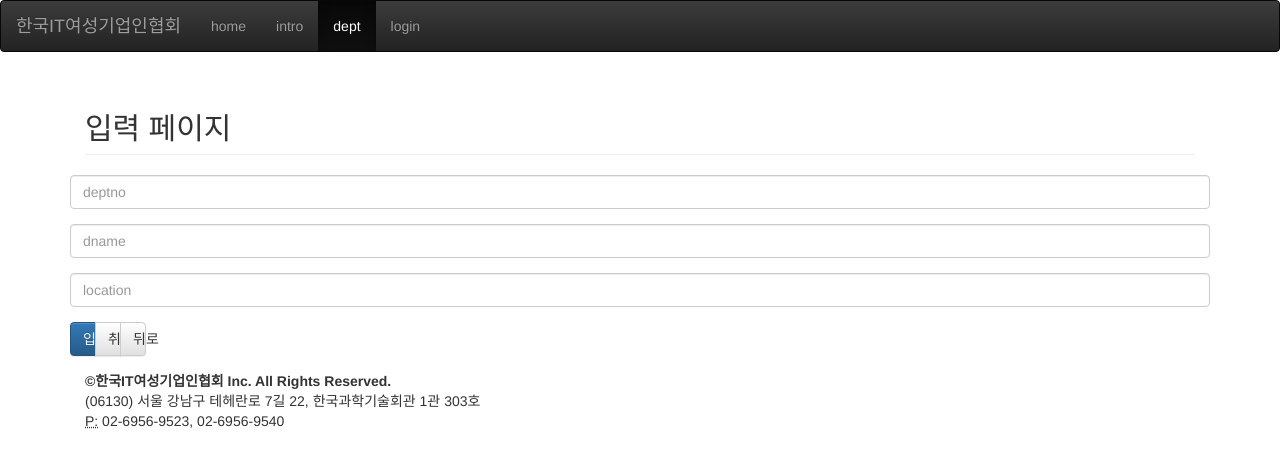
Repository: minho00123/sw-professional-training
Page: http://localhost/sts08/WEB-INF/views/dept/add.jsp
The author's editor kept a copy of each file at every save. The page is drawn from the files as they stood at one save, then again after the next save.
The browser window is 1280 px wide. The pictures show the whole page.
The page is served by Tomcat 9. Nobody is signed in. Other server files are loaded and not shown. The template is opened directly, without the code that normally fills it, so the values that code supplies are empty.

Above is the page before, as saved 2025-05-21 02:56:45.
Console error (its wording comes from the project's code and is left out).

### stsWorkspace/sts08/src/main/webapp/WEB-INF/views/dept/add.jsp
<%@ page language="java" contentType="text/html; charset=UTF-8"
	pageEncoding="UTF-8"%>
<!DOCTYPE html>
<html>
<head>
<meta charset="UTF-8">
<title>Insert title here</title>
<%@ include file="../layout/header.jspf"%>
</head>
<body>
	<%@ include file="../layout/menu.jspf"%>
	<h2 class="page-header">입력 페이지</h2>
	<form action="./" method="post" class="form-horizontal">
		<div class="form-group">
			<label class="sr-only">deptno</label><input name="deptno"
				class="form-control" placeholder="deptno" />
		</div>
		<div class="form-group">
			<label class="sr-only">dname</label><input name="dname"
				class="form-control" placeholder="dname" />
		</div>
		<div class="form-group">
			<label class="sr-only">location</label><input name="loc"
				class="form-control" placeholder="location" />
		</div>
		<div class="form-group">
			<div class="btn-group btn-group-justified" role="group">
				<button type="submit" class="btn btn-primary">입력</button>
				<button type="reset" class="btn btn-default">취소</button>
				<button type="button" class="btn btn-default" onclick="history.back();">뒤로</button>
			</div>
		</div>
	</form>
	<%@ include file="../layout/footer.jspf"%>
</body>
</html>

### stsWorkspace/sts08/src/main/webapp/WEB-INF/views/layout/header.jspf
<%@ page language="java" contentType="text/html; charset=UTF-8"
    pageEncoding="UTF-8"%>
<%@ taglib prefix="c" uri="http://java.sun.com/jsp/jstl/core"%>
<!-- Latest compiled and minified CSS -->
<link rel="stylesheet"
	href="https://cdn.jsdelivr.net/npm/bootstrap@3.4.1/dist/css/bootstrap.min.css"
	integrity="sha384-HSMxcRTRxnN+Bdg0JdbxYKrThecOKuH5zCYotlSAcp1+c8xmyTe9GYg1l9a69psu"
	crossorigin="anonymous">

<!-- Optional theme -->
<link rel="stylesheet"
	href="https://cdn.jsdelivr.net/npm/bootstrap@3.4.1/dist/css/bootstrap-theme.min.css"
	integrity="sha384-6pzBo3FDv/PJ8r2KRkGHifhEocL+1X2rVCTTkUfGk7/0pbek5mMa1upzvWbrUbOZ"
	crossorigin="anonymous">

<!-- Latest compiled and minified JavaScript -->
<script
	src="https://cdn.jsdelivr.net/npm/bootstrap@3.4.1/dist/js/bootstrap.min.js"
	integrity="sha384-aJ21OjlMXNL5UyIl/XNwTMqvzeRMZH2w8c5cRVpzpU8Y5bApTppSuUkhZXN0VxHd"
	crossorigin="anonymous"></script>

<!-- jQuery (necessary for Bootstrap's JavaScript plugins) -->
<script src="https://code.jquery.com/jquery-1.12.4.min.js"
	integrity="sha384-nvAa0+6Qg9clwYCGGPpDQLVpLNn0fRaROjHqs13t4Ggj3Ez50XnGQqc/r8MhnRDZ"
	crossorigin="anonymous"></script>

### stsWorkspace/sts08/src/main/webapp/WEB-INF/views/layout/menu.jspf
<%@ page language="java" contentType="text/html; charset=UTF-8"
	pageEncoding="UTF-8"%>
<nav class="navbar navbar-inverse">
	<div class="container-fluid">
		<div class="navbar-header">
			<a class="navbar-brand" href="${pageContext.request.contextPath }/">
				한국IT여성기업인협회 </a>
		</div>
		<div class="collapse navbar-collapse"
			id="bs-example-navbar-collapse-1">
			<ul class="nav navbar-nav">
				<%
					String url = request.getRequestURI().substring((request.getContextPath() + "/WEB-INF/views").length());
					if (url.equals("/index.jsp")) {
						pageContext.setAttribute("menu", "menu1");
					} else if (url.equals("/intro.jsp")) {
						pageContext.setAttribute("menu", "menu2");
					} else if (url.startsWith("/dept/")) {
						pageContext.setAttribute("menu", "menu3");
					} else if (url.startsWith("/login/")) {
						pageContext.setAttribute("menu", "menu4");
					}
				%>
				<li class="${menu eq 'menu1' ? 'active' : '' }"><a
					href="${pageContext.request.contextPath }/">home</a></li>
				<li class="${menu eq 'menu2' ? 'active' : '' }"><a
					href="${pageContext.request.contextPath }/intro">intro</a></li>
				<li class="${menu eq 'menu3' ? 'active' : '' }"><a
					href="${pageContext.request.contextPath }/dept/">dept</a></li>
				<li class="${menu eq 'menu4' ? 'active' : '' }"><a
					href="${pageContext.request.contextPath }/login/">login</a></li>
			</ul>
		</div>
	</div>
</nav>
<div class="container">
	<div class="col-md-12">
		<!-- begin -->

### stsWorkspace/sts08/src/main/webapp/WEB-INF/views/layout/footer.jspf
<%@ page language="java" contentType="text/html; charset=UTF-8"
    pageEncoding="UTF-8"%>
			<!-- end -->
		</div>
		<div class="col-md-12">
			<address>
				<strong>©한국IT여성기업인협회 Inc. All Rights Reserved.</strong><br>
				(06130) 서울 강남구 테헤란로 7길 22, 한국과학기술회관 1관 303호 <br> <abbr
					title="Phone">P:</abbr> 02-6956-9523, 02-6956-9540
			</address>
		</div>
	</div>

After the next save:
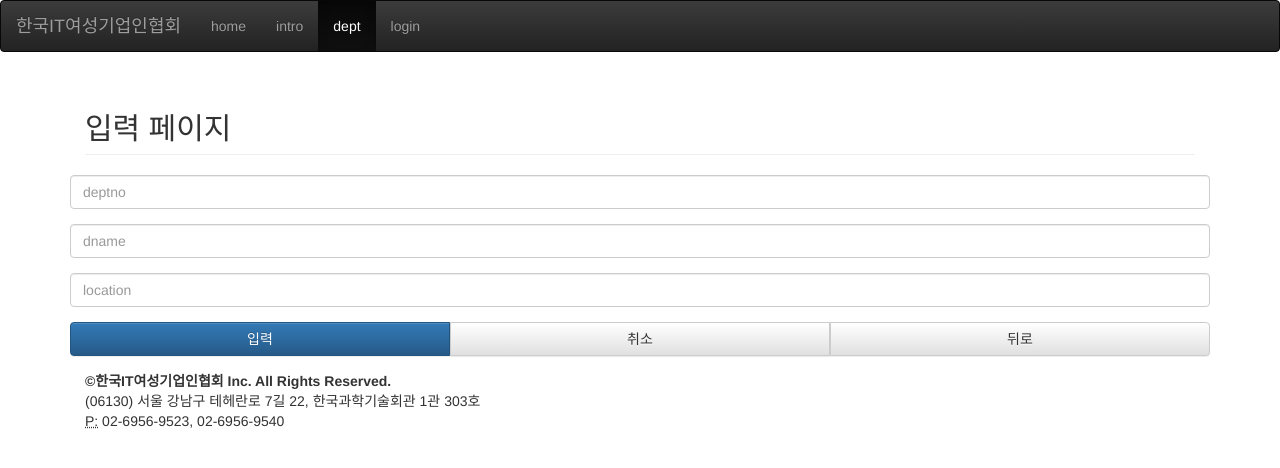
Saved 16 s later.
--- a/stsWorkspace/sts08/src/main/webapp/WEB-INF/views/dept/add.jsp
+++ b/stsWorkspace/sts08/src/main/webapp/WEB-INF/views/dept/add.jsp
@@ -25,9 +25,16 @@
 		</div>
 		<div class="form-group">
 			<div class="btn-group btn-group-justified" role="group">
-				<button type="submit" class="btn btn-primary">입력</button>
-				<button type="reset" class="btn btn-default">취소</button>
-				<button type="button" class="btn btn-default" onclick="history.back();">뒤로</button>
+				<div class="btn-group" role="group">
+					<button type="submit" class="btn btn-primary">입력</button>
+				</div>
+				<div class="btn-group" role="group">
+					<button type="reset" class="btn btn-default">취소</button>
+				</div>
+				<div class="btn-group" role="group">
+					<button type="button" class="btn btn-default"
+						onclick="history.back();">뒤로</button>
+				</div>
 			</div>
 		</div>
 	</form>
